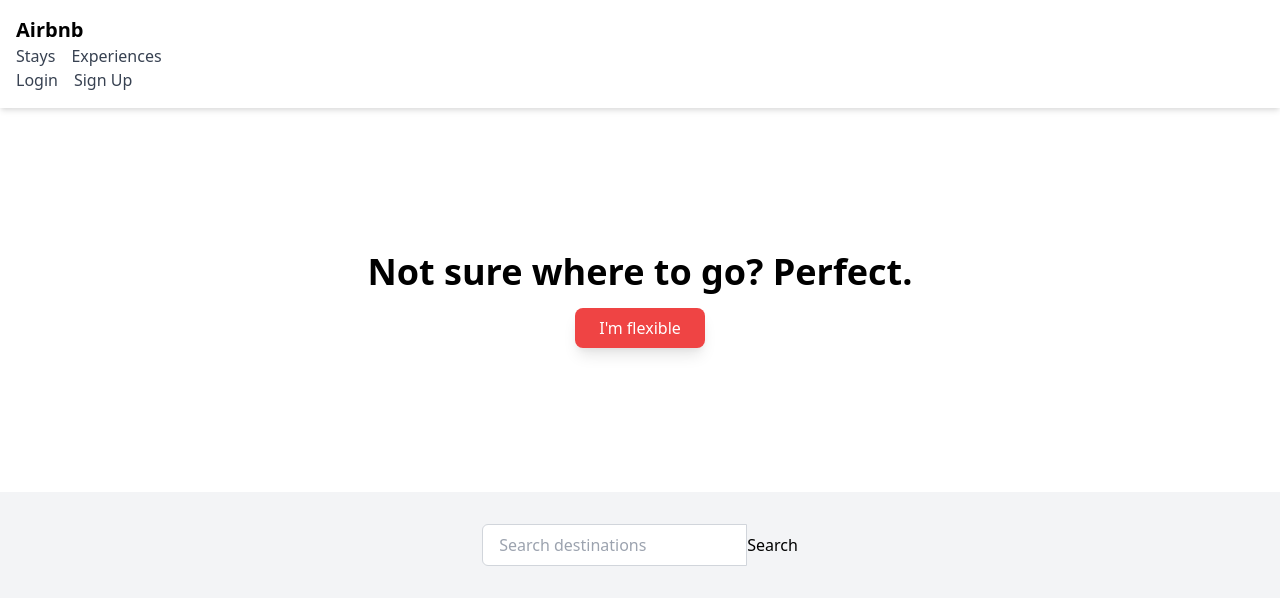
Repository: rmdayberry/Airbnb-Clone
Page: index.html
These files come from the project's save history. The page is drawn as it stood at one moment and after the next save; the edit follows.
The browser window is 1280 px wide. The pictures show the part of the page from y = 0 to 602 px (the page is 1042 px tall).
A picture or video elsewhere on the page could not be fetched, so the positions and the page height are approximate.

Above is the page before, as saved 2024-08-13 15:14:45.

### index.html
<!DOCTYPE html>
<html lang="en">
  <head>
    <meta charset="UTF-8" />
    <meta name="viewport" content="width=device-width, initial-scale=1.0" />
    <title>Airbnb Clone</title>
    <link
      href="https://cdn.jsdelivr.net/npm/tailwindcss@2.2.19/dist/tailwind.min.css"
      rel="stylesheet"
    />
  </head>
  <body class="font-sans">
    <!-- Navbar -->
    <nav class="lex justify-between items-center p-4 shadow-md bg-white">
      <div class="text-xl font-bold">Airbnb</div>
      <ul class="flex space-x-4">
        <li><a href="#" class="text-gray-700 hover:underline">Stays</a></li>
        <li>
          <a href="#" class="text-gray-700 hover:underline">Experiences</a>
        </li>
      </ul>
      <div class="flex space-x-4">
        <a href="#" class="text-gray-700 hover:underline">Login</a>
        <a href="#" class="text-gray-700 hover:underline">Sign Up</a>
      </div>
    </nav>

    <!-- Hero Section -->

    <header class="bg-cover bg-center h-96">
      <div class="flex flex-col justify-center items-center h-full">
        <h1 class="text-4xl font-bold mb-4">Not sure where to go? Perfect.</h1>
        <button class="bg-red-500 text-white py-2 px-6 rounded-lg shadow-lg">
          I'm flexible
        </button>
      </div>
    </header>

    <!-- Search Bar -->
    <section class="flex justify-center py-8 bg-gray-100">
      <input
        type="text"
        placeholder="Search destinations"
        class="px-4 py-2 border border-gray-300 rounded-l-md"
      />
      <button>Search</button>
    </section>

    <!-- Featured Listings -->
    <section class="listings">
      <h2>Featured Destinations</h2>
      <div class="listing">
        <img src="image1.jpeg" alt="Destination 1" />
        <h3>Destination 1</h3>
      </div>
    </section>

    <!-- Footer -->
    <footer>
      <div class="footer-content">
        <p>© 2024 Airbnb, Inc.</p>
        <ul class="footer-links">
          <li><a href="#">Privacy</a></li>
          <li><a href="#">Terms</a></li>
          <li><a href="#">Sitemap</a></li>
        </ul>
      </div>
    </footer>
  </body>
</html>

After the next save:
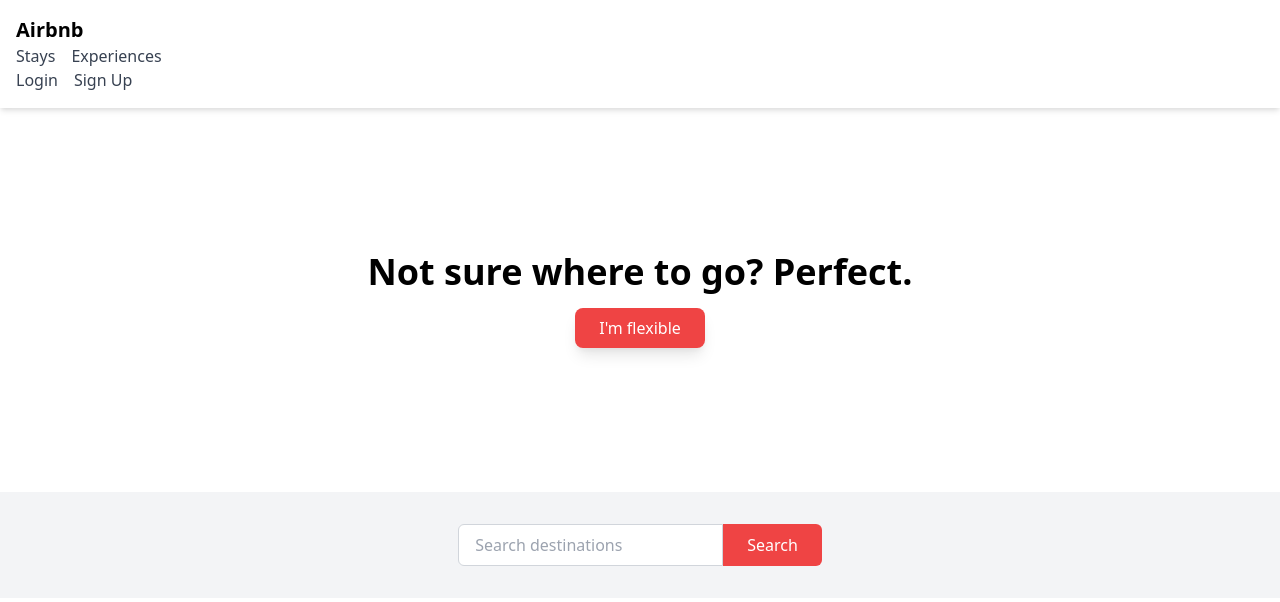
Saved 61 s later.
--- a/index.html
+++ b/index.html
@@ -43,7 +43,9 @@
         placeholder="Search destinations"
         class="px-4 py-2 border border-gray-300 rounded-l-md"
       />
-      <button>Search</button>
+      <button class="bg-red-500 text-white px-6 py-2 rounded-r-md">
+        Search
+      </button>
     </section>
 
     <!-- Featured Listings -->
